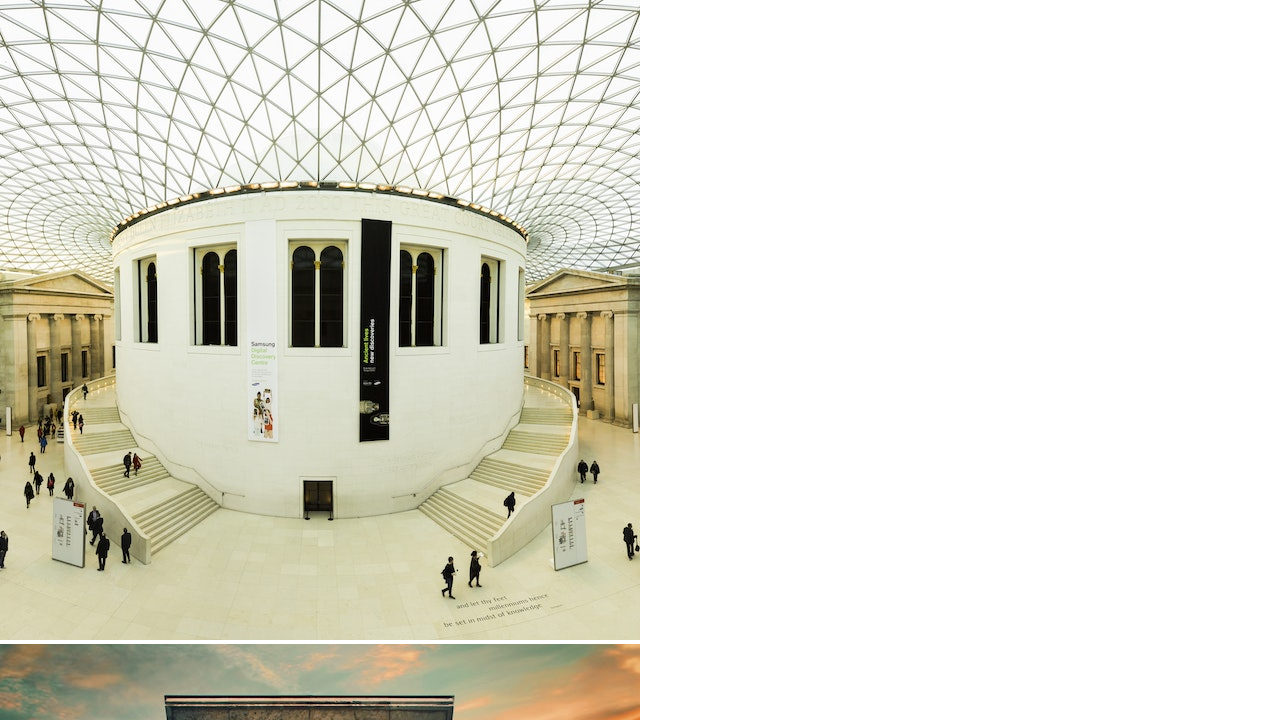
Repository: shoaib-1729/Web-Dev-Course_Dot-Batch_Love-Babbar
Page: 03_CSS Sessions Basics/05_CSS-Projects-Unwrap-Class/04_Code-Practice-unwrapClass/image-gallery-project/index.html
An editor plug-in stored every save of this project. The page is shown before and after the next save, followed by the edit.
The browser window is 1280 px wide. The pictures show the whole page.
An inner scrolling area shows only its first screen.

Above is the page before, as saved 2023-08-09 23:21:51.

### 03_CSS Sessions Basics/05_CSS-Projects-Unwrap-Class/04_Code-Practice-unwrapClass/image-gallery-project/index.html
<!DOCTYPE html>
<html lang="en">

<head>
    <meta charset="UTF-8">
    <meta name="viewport" content="width=device-width, initial-scale=1.0">
    <title>Image Gallery Project</title>
    <link rel="stylesheet" href="styles.css">
</head>

<body>
    <div id="wrapper">

        <div class="container">

            <div class="gallery">


                <figure class="card">
                    <img src="assets/image1.jpg" alt="image1">
                    <figcaption></figcaption>

                </figure>

                <figure class="card">
                    <img src="assets/image2.jpeg" alt="image2">
                    <figcaption></figcaption>

                </figure>

                <figure class="card">
                    <img src="assets/image3.jpeg" alt="image3">
                    <figcaption></figcaption>

                </figure>

                <figure class="card">
                    <img src="assets/image4.jpeg" alt="image4">
                    <figcaption></figcaption>

                </figure>

                <figure class="card">
                    <img src="assets/image5.jpeg" alt="image5">
                    <figcaption></figcaption>

                </figure>

                <figure class="card">
                    <img src="assets/image6.jpeg" alt="image6">
                    <figcaption></figcaption>

                </figure>

                <figure class="card">
                    <img src="assets/image7.jpeg" alt="image7">
                    <figcaption></figcaption>

                </figure>

                <figure class="card">
                    <img src="assets/image8.jpeg" alt="image8">
                    <figcaption></figcaption>

                </figure>

                <figure class="card">
                    <img src="assets/image9.jpeg" alt="image9">
                    <figcaption></figcaption>

                </figure>






            </div>






        </div>







    </div>
</body>

</html>

### 03_CSS Sessions Basics/05_CSS-Projects-Unwrap-Class/04_Code-Practice-unwrapClass/image-gallery-project/styles.css
* {
    margin: 0;
    padding: 0;
    box-sizing: border-box;
}

#wrapper {
    height: 100vh;
    overflow-x: hidden;
    overflow-y: auto;
}

After the next save:
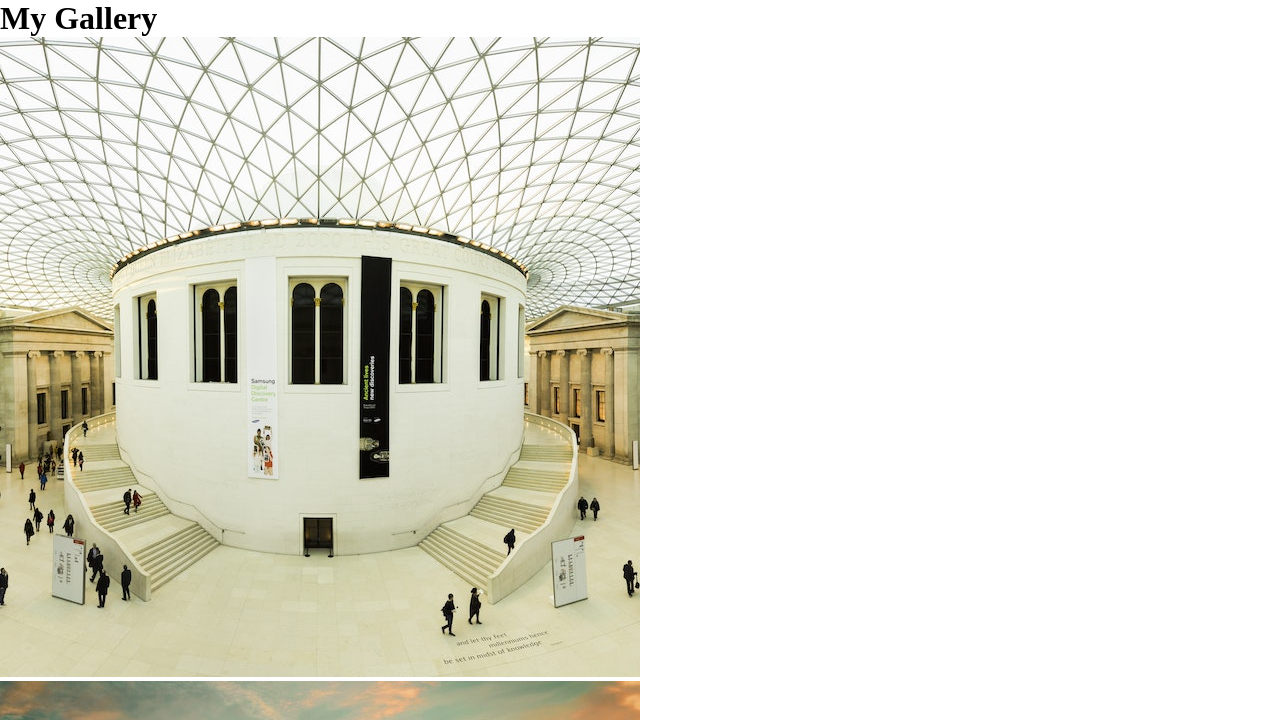
Saved 117 s later.
--- a/03_CSS Sessions Basics/05_CSS-Projects-Unwrap-Class/04_Code-Practice-unwrapClass/image-gallery-project/index.html
+++ b/03_CSS Sessions Basics/05_CSS-Projects-Unwrap-Class/04_Code-Practice-unwrapClass/image-gallery-project/index.html
@@ -12,10 +12,8 @@
     <div id="wrapper">
 
         <div class="container">
-
+            <h1>My Gallery</h1>
             <div class="gallery">
-
-
                 <figure class="card">
                     <img src="assets/image1.jpg" alt="image1">
                     <figcaption></figcaption>
